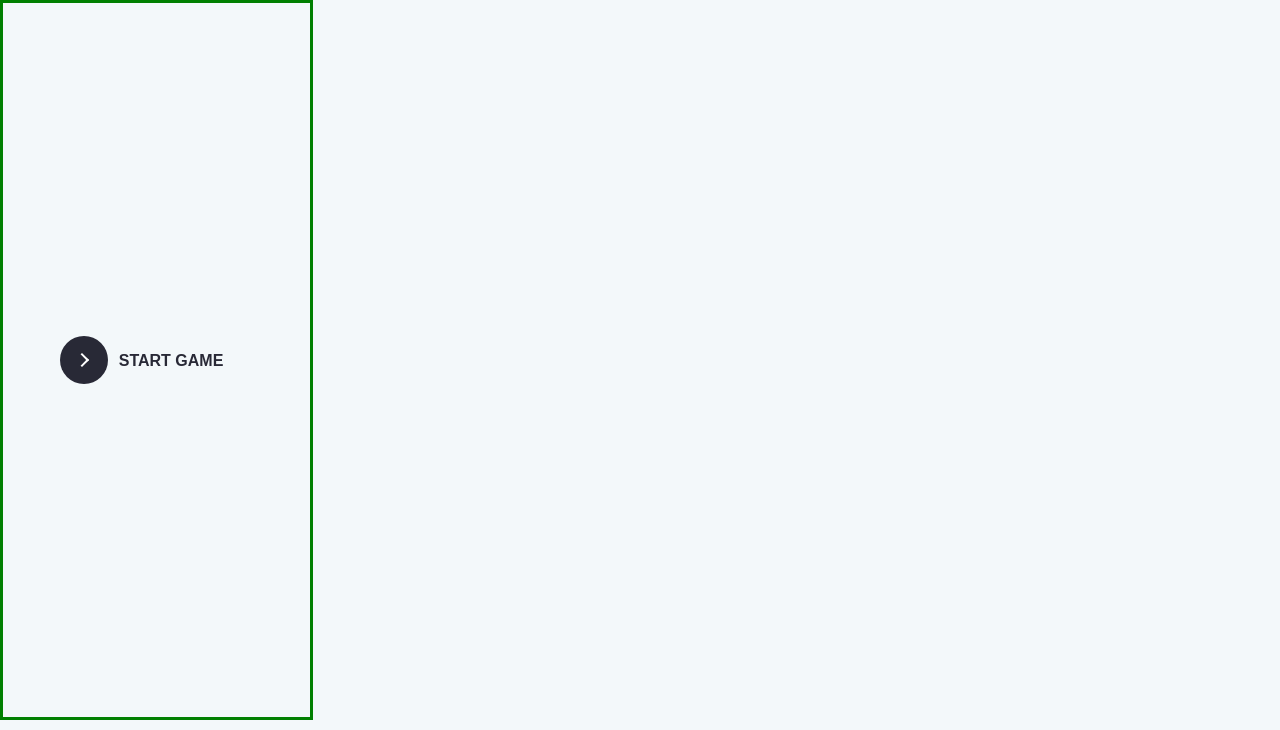
Repository: tts2610/React-Intro
Page: /
An editor plug-in stored every save of this project. The page is shown before and after the next save, followed by the edit.
The browser window is 1280 px wide. The pictures show the whole page.
Some web libraries are served in a nearby version. The project was rebuilt for these pictures with package versions that can differ from the ones it lists, and the page was loaded fresh each time. Also part of the build but not shown: src/components/ChoiceCard.js, src/components/Button.js, src/components/Result.js, src/components/History.js.

Above is the page before, as saved 2020-05-27 00:09:02.

After the next save:
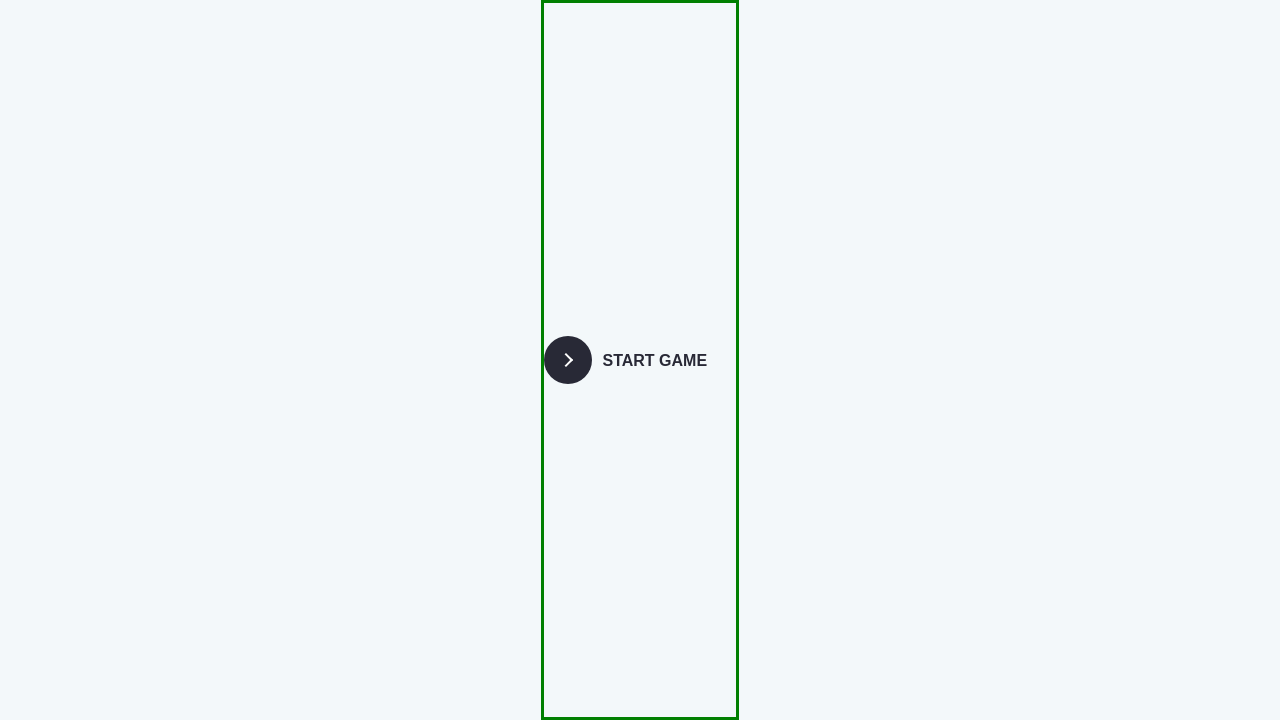
Saved 15 s later.
--- a/src/App.css
+++ b/src/App.css
@@ -133,6 +133,15 @@ h1 {
 }
 
 @import url("https://fonts.googleapis.com/css?family=Mukta:700");
+* {
+    box-sizing: border-box;
+}
+
+*::before,
+*::after {
+    box-sizing: border-box;
+}
+
 body {
     font-family: 'Mukta', sans-serif;
     font-size: 1rem;
@@ -242,7 +251,8 @@ button:hover .button-text {
     color: #fff;
 }
 
-@supports (display: grid) {
+
+/* @supports (display: grid) {
     body {
         display: grid;
         grid-template-columns: repeat(4, 1fr);
@@ -254,4 +264,4 @@ button:hover .button-text {
         align-self: center;
         justify-self: center;
     }
-}
+} */
